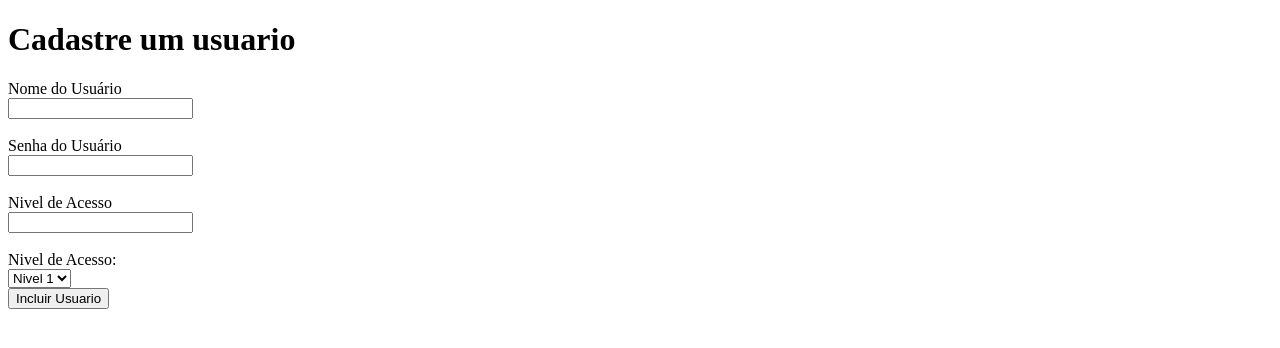
Repository: kelvincarvalho/Desenvolvimento_Java
Page: http://localhost/01_SpringWeb-2/WEB-INF/views/cadastro/incluirUsuario.jsp
The author's editor kept a copy of each file at every save. The page is drawn from the files as they stood at one save, then again after the next save.
The browser window is 1280 px wide. The pictures show the whole page.
The page is served by Tomcat 9. Nobody is signed in. Other server files are loaded and not shown. The template is opened directly, without the code that normally fills it, so the values that code supplies are empty.

Above is the page before, as saved 2017-10-04 18:22:39.

### Modulo04/01_SpringWeb/01_SpringWeb-2/WebContent/WEB-INF/views/cadastro/incluirUsuario.jsp
<%@ page language="java" contentType="text/html; charset=ISO-8859-1"
    pageEncoding="ISO-8859-1"%>
 <%@ taglib uri="http://java.sun.com/jsp/jstl/core" prefix="c"%>
<!DOCTYPE html PUBLIC "-//W3C//DTD HTML 4.01 Transitional//EN" "http://www.w3.org/TR/html4/loose.dtd">
<html>
<head>
<meta http-equiv="Content-Type" content="text/html; charset=ISO-8859-1">
<title>Incluir Usuario</title>
</head>
<body>
<h1>Cadastre um usuario</h1>

<form action=<c:url value="/cadusuario"/> method="post">

	<label>Nome do Usuário</label><br/>
	<input type="text" name="nome"><br/><br/>

	<label>Senha do Usuário</label><br/>
	<input type="password" name="senha"><br/><br/>

	<label>Nivel de Acesso</label><br/>
	<input type="text" name="nivel"><br/><br/>

	<label>Nivel de Acesso: </label><br/>
	<select name="idescola">

		 <option value="1">Nivel 1</option>
		 <option value="2">Nivel 2</option>
 		<option value="3">Nivel 3</option>

	</select><br/>


	<input type="submit" value="Incluir Usuario">
</form>
	${mensagem}

</body>
</html>

After the next save:
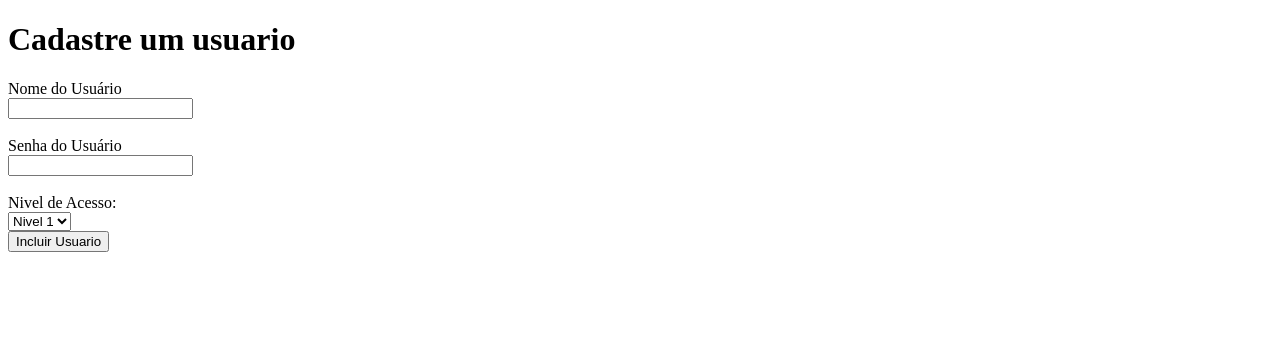
Saved 38 s later.
--- a/Modulo04/01_SpringWeb/01_SpringWeb-2/WebContent/WEB-INF/views/cadastro/incluirUsuario.jsp
+++ b/Modulo04/01_SpringWeb/01_SpringWeb-2/WebContent/WEB-INF/views/cadastro/incluirUsuario.jsp
@@ -18,11 +18,9 @@
 	<label>Senha do Usuário</label><br/>
 	<input type="password" name="senha"><br/><br/>
 
-	<label>Nivel de Acesso</label><br/>
-	<input type="text" name="nivel"><br/><br/>
 
 	<label>Nivel de Acesso: </label><br/>
-	<select name="idescola">
+	<select name="nivel">
 
 		 <option value="1">Nivel 1</option>
 		 <option value="2">Nivel 2</option>
